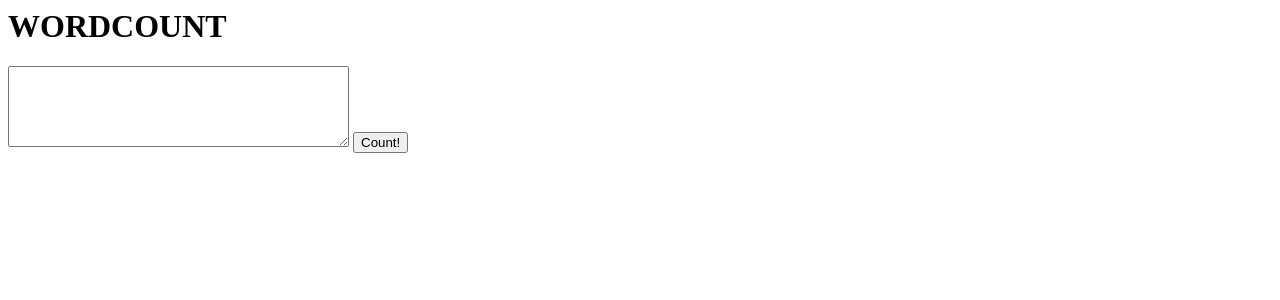
Repository: randysteele/wordcount
Page: http://localhost/
These files come from the project's save history. The page is drawn as it stood at one moment and after the next save; the edit follows.
The browser window is 1280 px wide. The pictures show the whole page.
The page is served by the project's application, run on Django 2.2 (manage.py). Other server files are loaded and not shown.

Above is the page before, as saved 2021-03-12 15:03:15.

### wordcount/views.py
from django.http import HttpResponse
from django.shortcuts import render

def homepage(request):
    return render(request, 'home.html')

### templates/home.html
<h1>WORDCOUNT</h1>

<form action="">
    <textarea cols="40" rows="5" name="fulltext"></textarea>
    <input type='submit' value="Count!"/>
</form>

### wordcount/urls.py
"""wordcount URL Configuration

The `urlpatterns` list routes URLs to views. For more information please see:
    https://docs.djangoproject.com/en/2.0/topics/http/urls/
Examples:
Function views
    1. Add an import:  from my_app import views
    2. Add a URL to urlpatterns:  path('', views.home, name='home')
Class-based views
    1. Add an import:  from other_app.views import Home
    2. Add a URL to urlpatterns:  path('', Home.as_view(), name='home')
Including another URLconf
    1. Import the include() function: from django.urls import include, path
    2. Add a URL to urlpatterns:  path('blog/', include('blog.urls'))
"""
from django.contrib import admin
from django.urls import path
from . import views

urlpatterns = [
    path('', views.homepage),
]

After the next save:
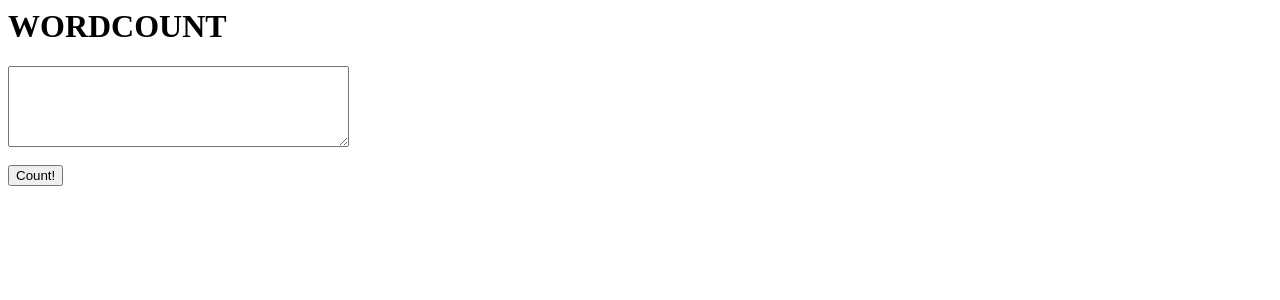
Saved 23 s later.
--- a/templates/home.html
+++ b/templates/home.html
@@ -1,6 +1,6 @@
 <h1>WORDCOUNT</h1>
 
 <form action="">
-    <textarea cols="40" rows="5" name="fulltext"></textarea>
+    <textarea cols="40" rows="5" name="fulltext"></textarea><br><br>
     <input type='submit' value="Count!"/>
 </form>
